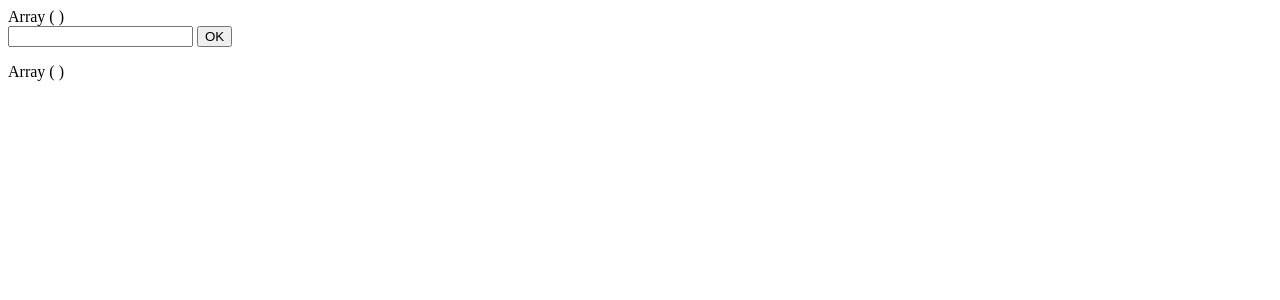
Repository: HuynhDuc23/PHPstudyonclass
Page: http://localhost/phpmailer/PHP_study/operator.php
An editor plug-in stored every save of this project. The page is shown before and after the next save, followed by the edit.
The browser window is 1280 px wide. The pictures show the whole page.
The page is run by PHP 8.4 with error messages shown; the project is at /var/www/html/.

Above is the page before, as saved 2023-04-18 10:36:27.

### PHP_study/operator.php

<?php
// require 'var1.php';
//     $str1 = "Dai Hoc";
//     $str2 = " Su Pham";
//     echo $str1;
//     echo $color ;
//     echo '<br>';
//     echo $str2 ;
//     echo $fruit ;
    // $str3 = $str1." ".$str2 ;
    // $x = "15" + 27 ;
    // $x = "15" + 27 ;
    // $x+=3 ;
    // $x = $x >> 2 ;
    // $y = 30 ;
    // $mga = $x > $y ? "$x > $y" : "$y > $x";
    // echo $mga ;
    // echo "<br>";
    // echo $str3 ;
    print_r($_GET);

?>
<html lang="en">
<head>
    <meta charset="UTF-8">
    <meta http-equiv="X-UA-Compatible" content="IE=edge">
    <meta name="viewport" content="width=device-width, initial-scale=1.0">
    <title>Document</title>
</head>
<body>
    <form action="">
        <label for="getinformatin">
            <input type="text" name="" id="getinformatin">
            <input type="submit" value="OK" >
        </label>
    </form>
    <?php
    print_r($_GET);
    ?>
</body>
</html>

After the next save:
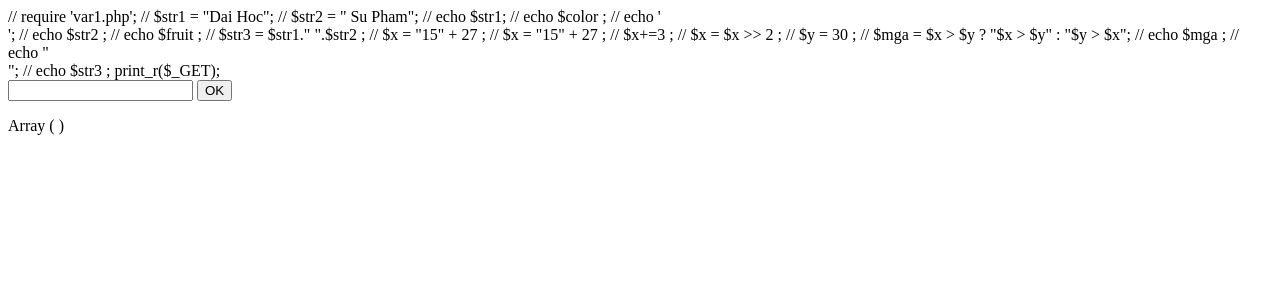
Saved 16 s later.
--- a/PHP_study/operator.php
+++ b/PHP_study/operator.php
@@ -1,5 +1,4 @@
 
-<?php
 // require 'var1.php';
 //     $str1 = "Dai Hoc";
 //     $str2 = " Su Pham";
@@ -19,8 +18,6 @@
     // echo "<br>";
     // echo $str3 ;
     print_r($_GET);
-
-?>
 <html lang="en">
 <head>
     <meta charset="UTF-8">
